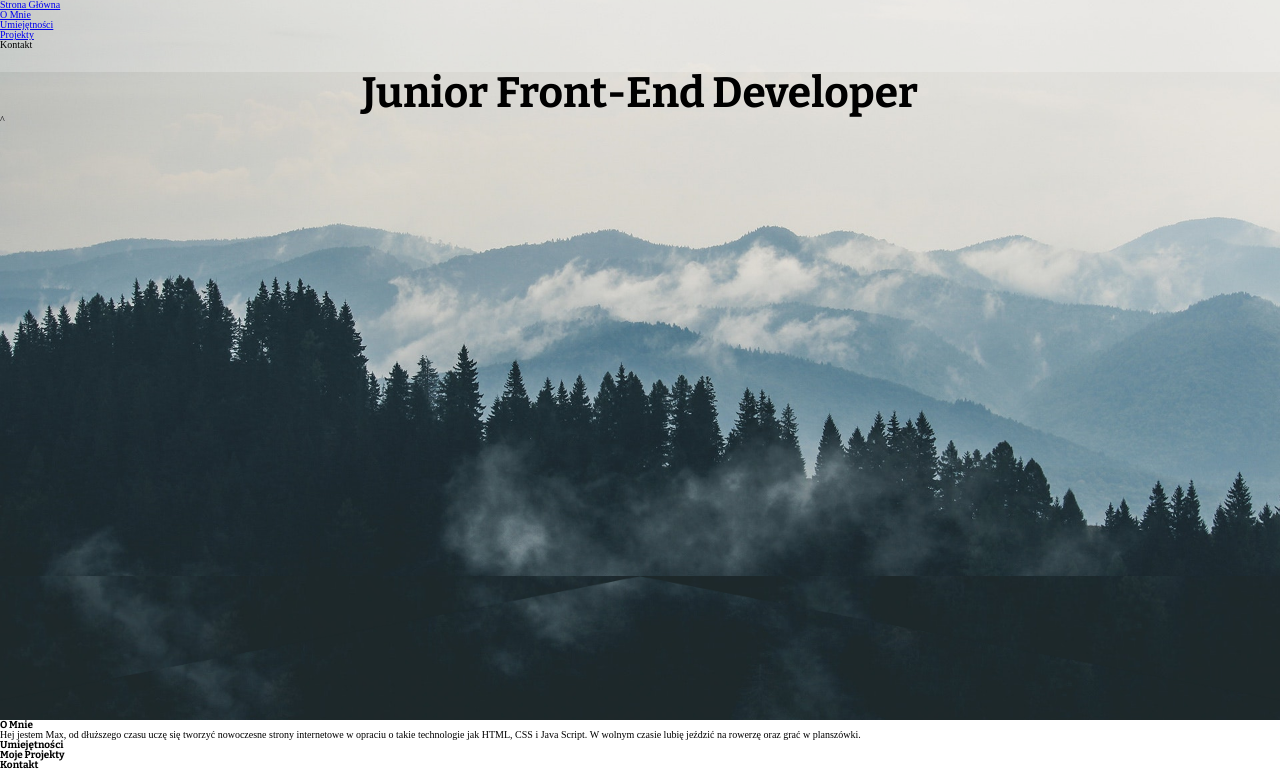
Repository: Maxs777/wizytowka
Page: index.html
These files come from the project's save history. The page is drawn as it stood at one moment and after a run of saves; the edit follows.
The browser window is 1280 px wide. The pictures show the whole page.

Above is the page before, as saved 2019-03-10 12:41:11.

After the next 2 saves:
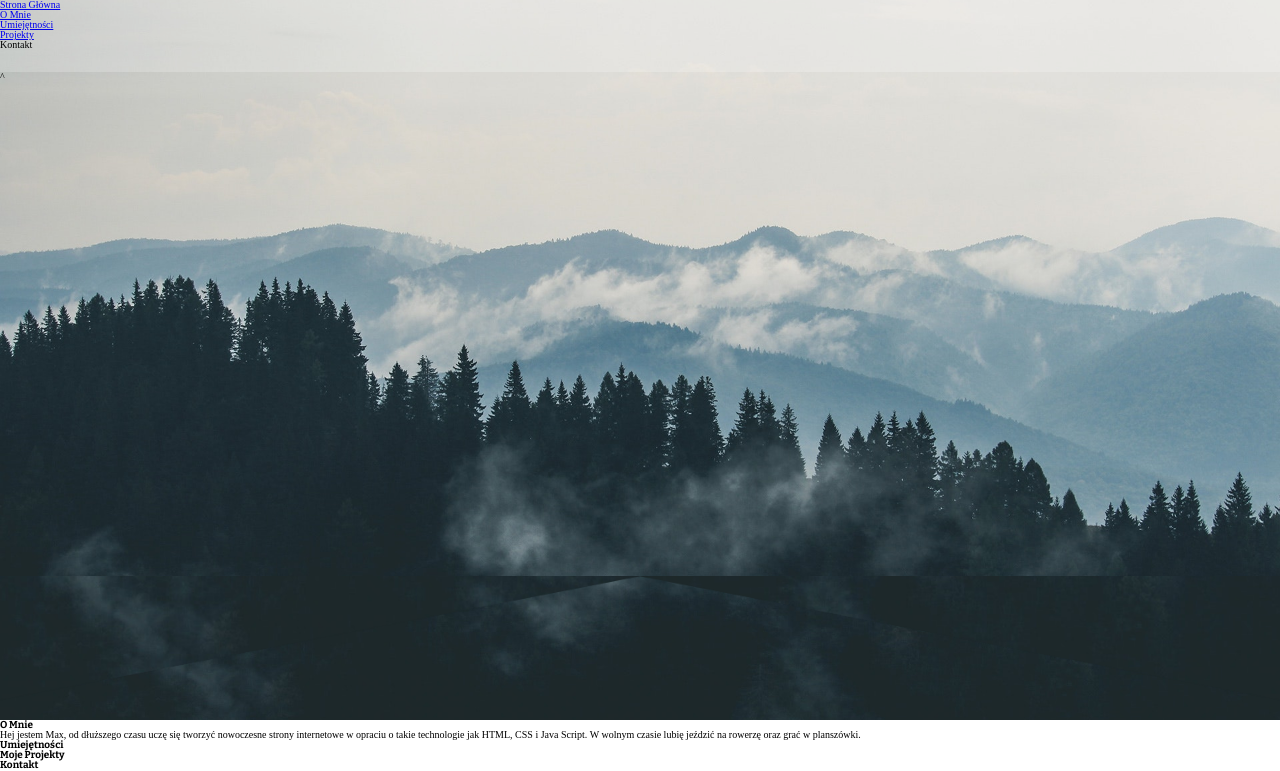
The 2 saves are shown as one change because they came seconds apart.
The last was saved 60 s later.
--- a/index.html
+++ b/index.html
@@ -28,7 +28,6 @@
                 <li><a href="#section4"></a>Kontakt</li>
             </ul>
         </nav>
-           <h1>Junior Front-End Developer</h1>
            <div class="wrapper">^</div>
            <div class="downimage"></div>
         </header>
